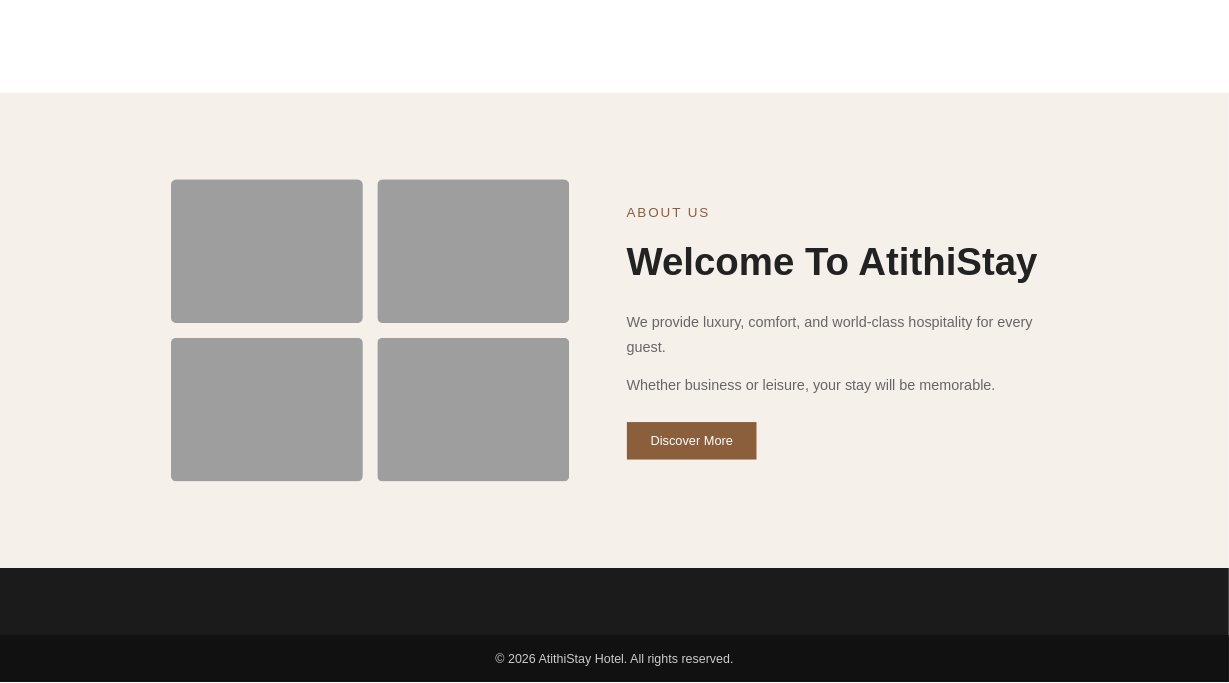
Repository: shraddhasal/HotelManagementSystem
Page: http://localhost/HMS/home.jsp
These files come from the project's save history. The page is drawn as it stood at one moment and after the next save; the edit follows.
The browser window is 1280 px wide. The pictures show the part of the page from y = 3233 to 4252 px (the page is 3944 px tall before and 4252 px after), at 96% of full size.
Pictures or frames that could not be fetched are drawn as grey boxes. The page is served by Tomcat 10.

Above is the page before, as saved 2026-02-16 07:16:15.

After the next save:
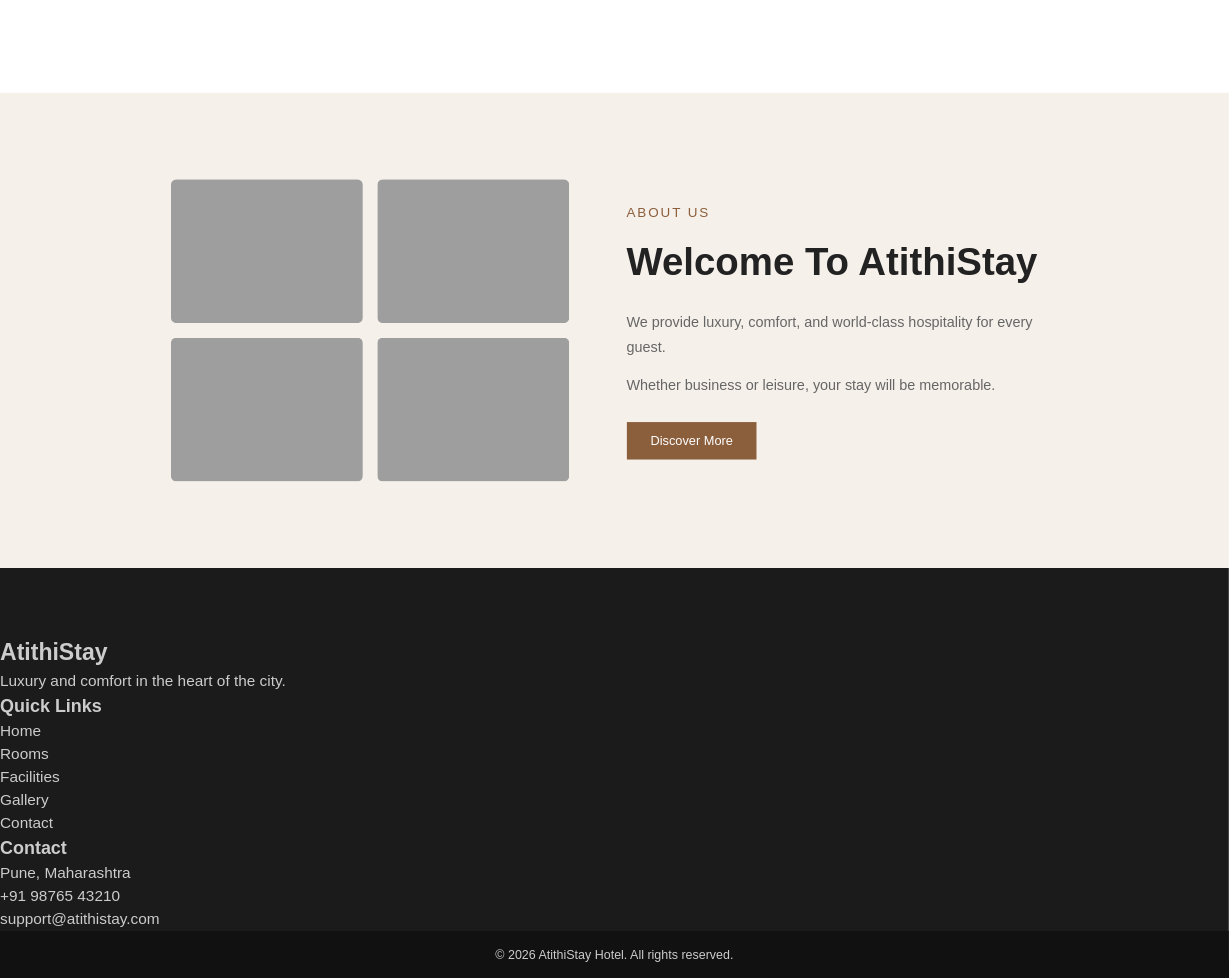
Saved 4 min 31 s later.
--- a/HMS/src/main/webapp/home.jsp
+++ b/HMS/src/main/webapp/home.jsp
@@ -289,10 +289,38 @@
 
 <!-- ================= FOOTER ================= -->
 <footer id="contact" class="footer">
-    <div class="footer-bottom">
-        © 2026 AtithiStay Hotel. All rights reserved.
-    </div>
+  <div class="footer-container">
+
+    <div class="footer-col">
+      <h2 class="footer-logo">AtithiStay</h2>
+      <p>Luxury and comfort in the heart of the city.</p>
+    </div>
+
+    <div class="footer-col">
+      <h3>Quick Links</h3>
+      <ul>
+        <li>Home</li>
+        <li>Rooms</li>
+        <li>Facilities</li>
+        <li>Gallery</li>
+        <li>Contact</li>
+      </ul>
+    </div>
+
+    <div class="footer-col">
+      <h3>Contact</h3>
+      <p>Pune, Maharashtra</p>
+      <p>+91 98765 43210</p>
+      <p>support@atithistay.com</p>
+    </div>
+
+  </div>
+
+  <div class="footer-bottom">
+    © 2026 AtithiStay Hotel. All rights reserved.
+  </div>
 </footer>
+
 
 </div>
 
